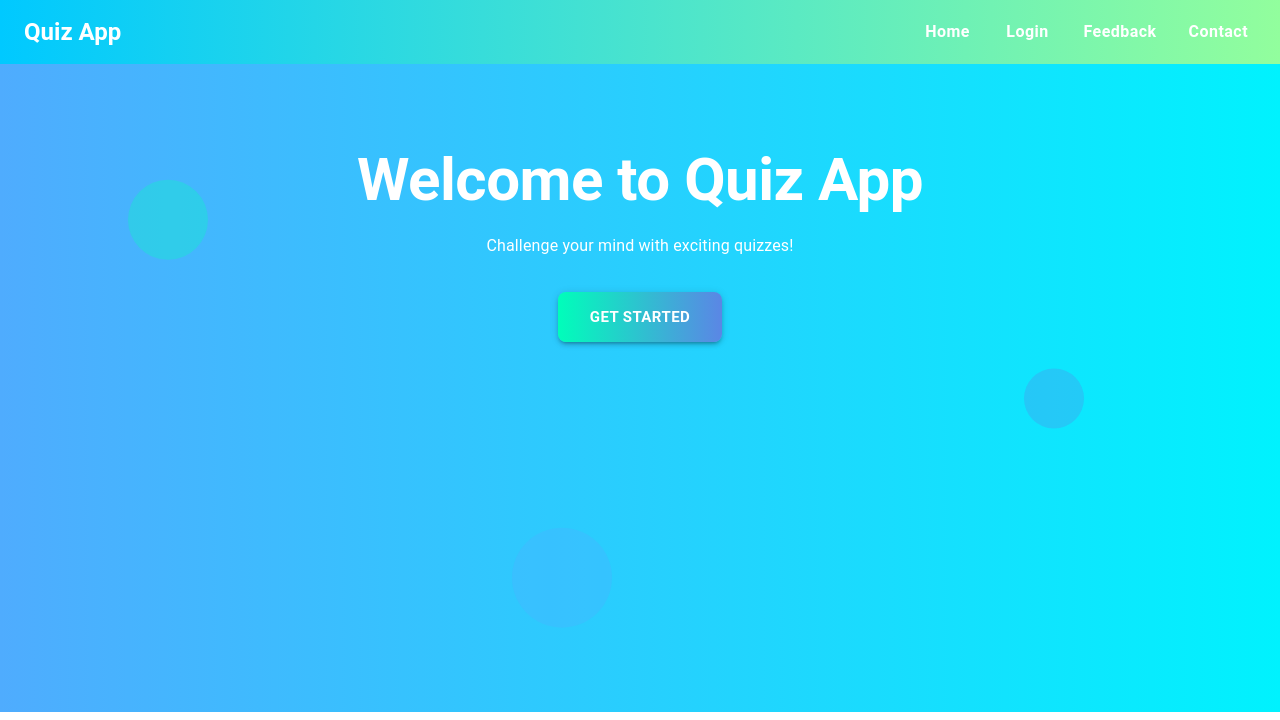
Repository: lalit9168/quizApp
Page: / (app in frontend/)
These files come from the project's save history. The page is drawn as it stood at one moment and after the next save; the edit follows.
The browser window is 1280 px wide. The pictures show the whole page.
The project was rebuilt for these pictures with package versions that can differ from the ones it lists, and the page was loaded fresh each time. Also part of the build but not shown: frontend/vite.config.js, frontend/src/index.css, frontend/src/Components/Login/Login.jsx, frontend/src/Components/Home/Home.jsx, frontend/src/Components/PrivateRoute.jsx, frontend/src/Components/api.js, frontend/src/Components/Quiz/QuizPage.jsx, frontend/src/Components/Quiz/QuizDash.jsx and 7 more.

Above is the page before, as saved 2025-06-09 10:45:46.

After the next save:
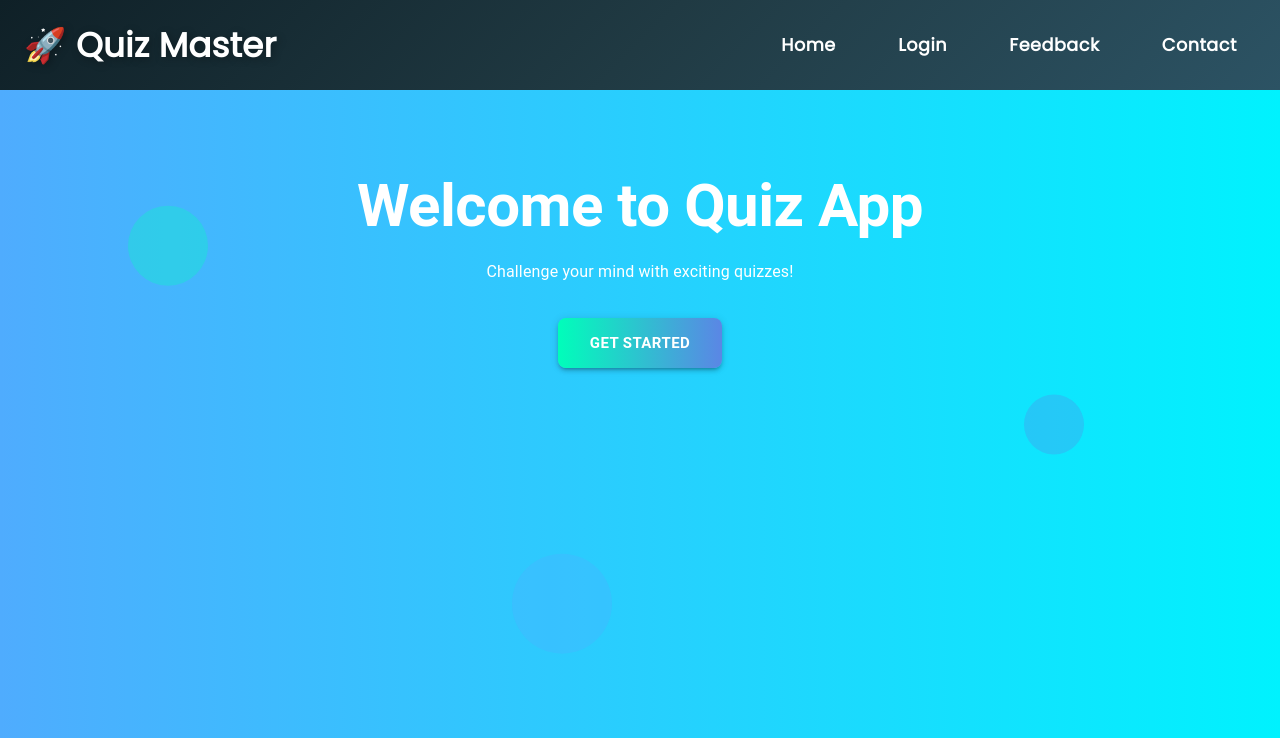
Saved 2 s later.
--- a/frontend/src/Components/Layout/Navbar.jsx
+++ b/frontend/src/Components/Layout/Navbar.jsx
@@ -9,6 +9,7 @@ import {
   Box,
   Slide,
 } from "@mui/material";
+import "@fontsource/poppins"; // Install this using npm install @fontsource/poppins
 
 const Navbar = () => {
   const [showModal, setShowModal] = useState(false);
@@ -18,8 +19,8 @@ const Navbar = () => {
       <Slide direction="down" in={true} mountOnEnter unmountOnExit>
         <AppBar position="static" sx={styles.appbar}>
           <Toolbar sx={styles.toolbar}>
-            <Typography variant="h5" sx={styles.title}>
-              Quiz App
+            <Typography variant="h4" sx={styles.title}>
+              🚀 Quiz Master
             </Typography>
 
             <Box sx={styles.linkContainer}>
@@ -47,32 +48,41 @@ const Navbar = () => {
 
 const styles = {
   appbar: {
-    background: "linear-gradient(to right, #00c9ff, #92fe9d)",
-    boxShadow: "0 4px 12px rgba(0,0,0,0.2)",
+    background: "linear-gradient(135deg, #0f2027, #203a43, #2c5364)",
+    boxShadow: "0 6px 20px rgba(0,0,0,0.3)",
+    height: "90px",
+    justifyContent: "center",
   },
   toolbar: {
     display: "flex",
     justifyContent: "space-between",
     alignItems: "center",
+    height: "100%",
   },
   title: {
-    fontWeight: "bold",
-    color: "#fff",
-    fontFamily: "Roboto, sans-serif",
+    fontWeight: 700,
+    fontFamily: "Poppins, sans-serif",
+    color: "#ffffff",
+    textShadow: "2px 2px 8px rgba(0,0,0,0.3)",
   },
   linkContainer: {
     display: "flex",
-    gap: 2,
+    gap: 3,
   },
   linkButton: {
     color: "#fff",
-    fontWeight: "bold",
-    fontSize: "1rem",
+    fontWeight: "600",
+    fontSize: "1.1rem",
+    fontFamily: "Poppins, sans-serif",
+    letterSpacing: "0.5px",
+    padding: "0.6rem 1.2rem",
     textTransform: "none",
-    transition: "all 0.3s ease-in-out",
+    borderRadius: "8px",
+    transition: "all 0.3s ease",
     "&:hover": {
-      backgroundColor: "rgba(255,255,255,0.2)",
-      transform: "scale(1.05)",
+      backgroundColor: "rgba(255, 255, 255, 0.2)",
+      transform: "translateY(-2px)",
+      boxShadow: "0 4px 10px rgba(0,0,0,0.2)",
     },
   },
 };
